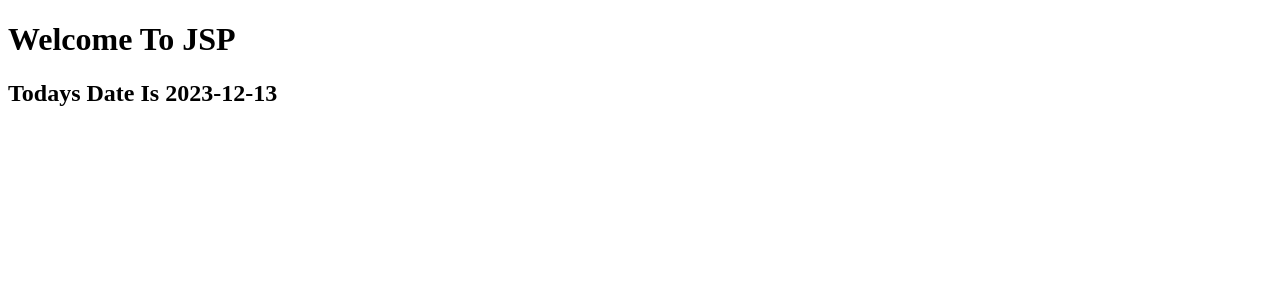
Repository: yashdpatil/Advanced_java
Page: http://localhost/MVC/Hello.jsp
An editor plug-in stored every save of this project. The page is shown before and after the next save, followed by the edit.
The browser window is 1280 px wide. The pictures show the whole page.
The page is served by Tomcat 9. Other server files are loaded and not shown.

Above is the page before, as saved 2023-12-14 04:55:47.

### MVC/src/main/webapp/Hello.jsp
<%@page import="java.time.LocalDate"%>
<%@ page language="java" contentType="text/html; charset=ISO-8859-1"
    pageEncoding="ISO-8859-1"%>
<!DOCTYPE html>
<html>
<head>
<meta charset="ISO-8859-1">
<title>Insert title here</title>
</head>
<body>
<h1>Welcome To JSP</h1>
<% LocalDate date = LocalDate.now(); %>
<h2> Todays Date Is <%= date %></h2>

<center>
<%
for(int i =0;i>6;i--){
%>
<font size="<%= i %>">Helllo World</font><br />

<%
}
%>
</center>

</body>
</html>

After the next save:
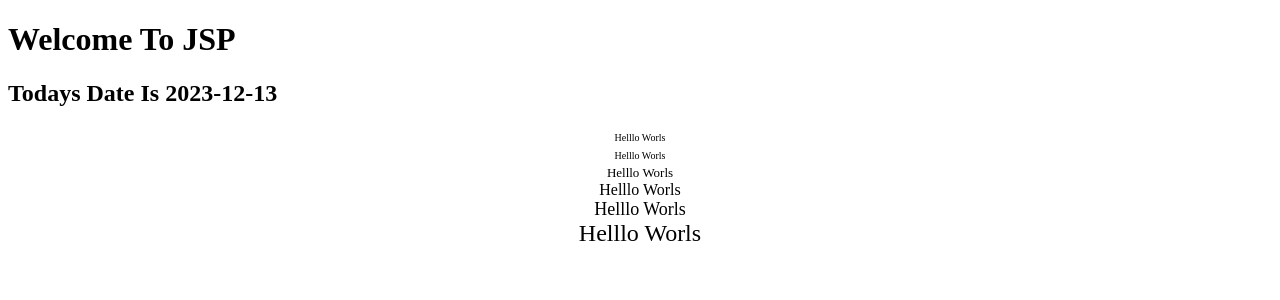
Saved 38 s later.
--- a/MVC/src/main/webapp/Hello.jsp
+++ b/MVC/src/main/webapp/Hello.jsp
@@ -14,9 +14,9 @@
 
 <center>
 <%
-for(int i =0;i>6;i--){
+for(int i =0;i<6;i++){
 %>
-<font size="<%= i %>">Helllo World</font><br />
+<font size="<%= i %>">Helllo Worls</font><br />
 
 <%
 }
